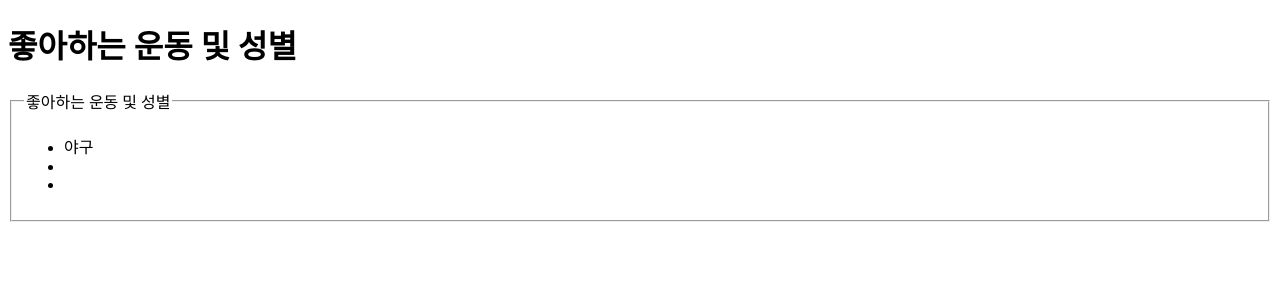
Repository: sgnq008-tech/JSP
Page: http://localhost/WebProject/test/sport.jsp
An editor plug-in stored every save of this project. The page is shown before and after the next save, followed by the edit.
The browser window is 1280 px wide. The pictures show the whole page.
The page is served by Tomcat 9. Other server files are loaded and not shown.

Above is the page before, as saved 2026-09-08 00:42:31.

### jsp_workspace/WebProject/src/main/webapp/test/sport.jsp
<%@ page language="java" contentType="text/html; charset=UTF-8"
    pageEncoding="UTF-8"%>
<!DOCTYPE html>
<html>
<head>
<meta charset="UTF-8">
<title>좋아하는 운동 및 성별</title>
</head>
<body>
<h1>좋아하는 운동 및 성별</h1>
<form action="Sport" method="post">
                <fieldset>
                                <legend>좋아하는 운동 및 성별</legend>
                                <ul>
                                <li>
                                       <label>야구</label>

                                </li>
                                <li></li>
                                <li></li>
                                </ul>
                </fieldset>

</form>

</body>
</html>

After the next save:
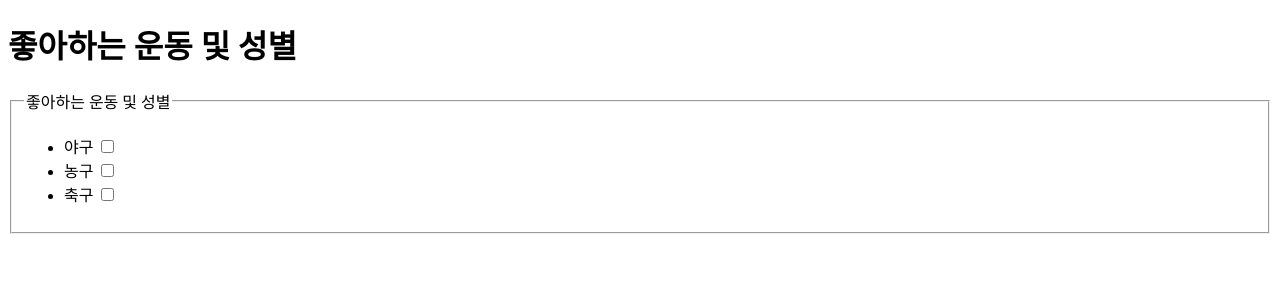
Saved 75 s later.
--- a/jsp_workspace/WebProject/src/main/webapp/test/sport.jsp
+++ b/jsp_workspace/WebProject/src/main/webapp/test/sport.jsp
@@ -14,10 +14,15 @@
                                 <ul>
                                 <li>
                                        <label>야구</label>
-
+                                       <input type ="checkbox" name="sports" value ="야구">
                                 </li>
-                                <li></li>
-                                <li></li>
+                                <li>
+                                       <label>농구</label>
+                                       <input type ="checkbox" name="sports" value ="농구">
+                                </li>
+                                <li>
+                                       <label>축구</label>
+                                       <input type ="checkbox" name="sports" value ="축구">  </li>
                                 </ul>
                 </fieldset>
 
